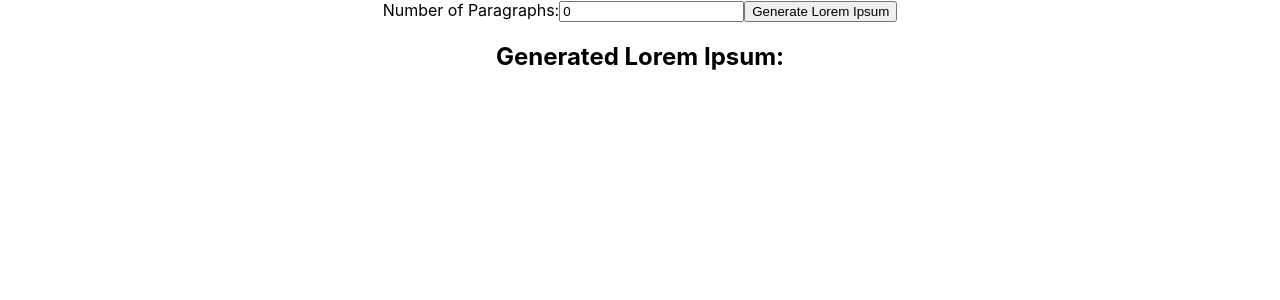
Repository: sriram1224/lorem-generator
Page: /
The author's editor kept a copy of each file at every save. The page is drawn from the files as they stood at one save, then again after the next save.
The browser window is 1280 px wide. The pictures show the whole page.
The project was rebuilt for these pictures with package versions that can differ from the ones it lists, and the page was loaded fresh each time.

Above is the page before, as saved 2024-03-11 19:47:44.

After the next save:
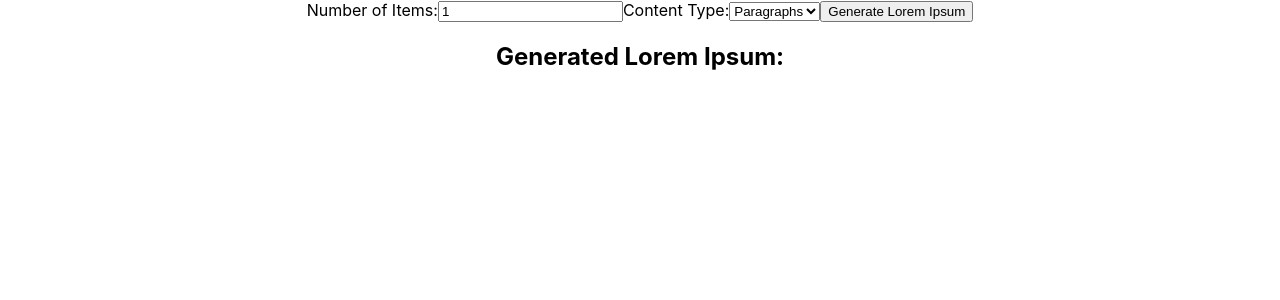
Saved 4 min 1 s later.
--- a/src/Components/lorem.js
+++ b/src/Components/lorem.js
@@ -1,39 +1,72 @@
 import React, { useState } from 'react';
 
 const LoremIpsumGenerator = () => {
-  const [numParagraphs, setNumParagraphs] = useState(0);
+  const [numItems, setNumItems] = useState(1);
   const [generatedText, setGeneratedText] = useState('');
+  const [contentType, setContentType] = useState('paragraphs');
 
   const generateLoremIpsum = () => {
-    const loremIpsumText = generateLoremIpsumText(numParagraphs);
-    setGeneratedText(loremIpsumText);
+    if (contentType === 'paragraphs') {
+      const loremIpsumText = generateLoremIpsumParagraphs(numItems);
+      setGeneratedText(loremIpsumText);
+    } else if (contentType === 'sentences') {
+      const loremIpsumText = generateLoremIpsumSentences(numItems);
+      setGeneratedText(loremIpsumText);
+    } else if (contentType === 'html') {
+      const loremIpsumText = generateLoremIpsumHTML(numItems);
+      setGeneratedText(loremIpsumText);
+    }
   };
 
-  const generateLoremIpsumText = (numParagraphs) => {
+  const generateLoremIpsumParagraphs = (numParagraphs) => {
     const loremIpsum = 'Lorem ipsum dolor sit amet, consectetur adipiscing elit. Sed do eiusmod tempor incididunt ut labore et dolore magna aliqua. Ut enim ad minim veniam, quis nostrud exercitation ullamco laboris nisi ut aliquip ex ea commodo consequat. Duis aute irure dolor in reprehenderit in voluptate velit esse cillum dolore eu fugiat nulla pariatur. Excepteur sint occaecat cupidatat non proident, sunt in culpa qui officia deserunt mollit anim id est laborum.';
     return Array(numParagraphs).fill(loremIpsum).join('\n\n');
   };
 
-  const handleInputChange = event => {
+  const generateLoremIpsumSentences = (numSentences) => {
+    const loremIpsumSentence = 'Lorem ipsum dolor sit amet, consectetur adipiscing elit. ';
+    return Array(numSentences).fill(loremIpsumSentence).join('');
+  };
+
+  const generateLoremIpsumHTML = (numItems) => {
+    const loremIpsumHTML = '<div><p>Lorem ipsum dolor sit amet, consectetur adipiscing elit. </p><p>Sed do eiusmod tempor incididunt ut labore et dolore magna aliqua.</p></div>';
+    return Array(numItems).fill(loremIpsumHTML).join('');
+  };
+
+  const handleNumItemsChange = event => {
     const value = parseInt(event.target.value, 10);
     if (!isNaN(value)) {
-      setNumParagraphs(value);
+      setNumItems(value);
     }
+  };
+
+  const handleContentTypeChange = event => {
+    setContentType(event.target.value);
   };
 
   return (
     <div>
-      <label htmlFor="numParagraphs">Number of Paragraphs:</label>
+      <label htmlFor="numItems">Number of Items:</label>
       <input
-        id="numParagraphs"
+        id="numItems"
         type="number"
-        value={numParagraphs}
-        onChange={handleInputChange}
+        value={numItems}
+        onChange={handleNumItemsChange}
       />
+      <label htmlFor="contentType">Content Type:</label>
+      <select id="contentType" value={contentType} onChange={handleContentTypeChange}>
+        <option value="paragraphs">Paragraphs</option>
+        <option value="sentences">Sentences</option>
+        <option value="html">HTML</option>
+      </select>
       <button onClick={generateLoremIpsum}>Generate Lorem Ipsum</button>
       <div>
         <h2>Generated Lorem Ipsum:</h2>
-        <p>{generatedText}</p>
+        {contentType === 'html' ? (
+          <div dangerouslySetInnerHTML={{ __html: generatedText }} />
+        ) : (
+          <p>{generatedText}</p>
+        )}
       </div>
     </div>
   );
